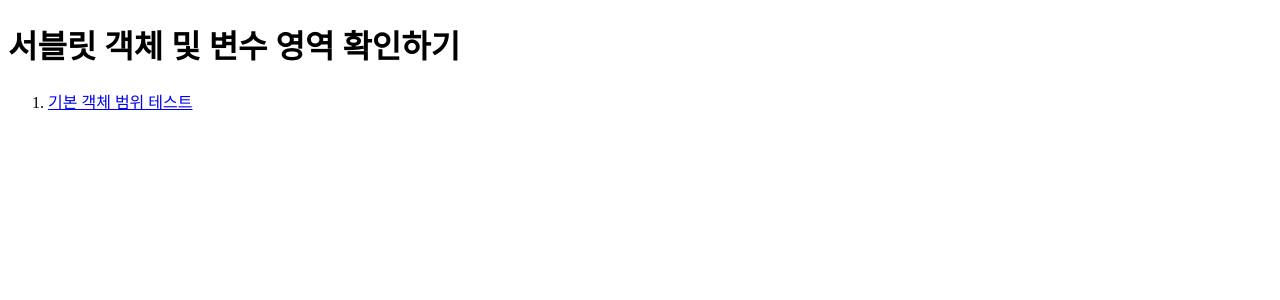
Repository: steeveelee2/WEB_Study
Page: webWorkspace/servlet3Project/web/index.html
An editor plug-in stored every save of this project. The page is shown before and after the next save, followed by the edit.
The browser window is 1280 px wide. The pictures show the whole page.

Above is the page before, as saved 2018-10-12 01:42:23.

### webWorkspace/servlet3Project/web/index.html
<!DOCTYPE html>
<html>
<head>
<meta charset="UTF-8">
<title>서블릿 객체 및 변수 영역 확인하기</title>
</head>
<body>
	<h1>서블릿 객체 및 변수 영역 확인하기</h1>

	<ol>
		<li>
			<a href="views/firstTest.html">기본 객체 범위 테스트</a>
		</li>
	</ol>
</body>
</html>

After the next save:
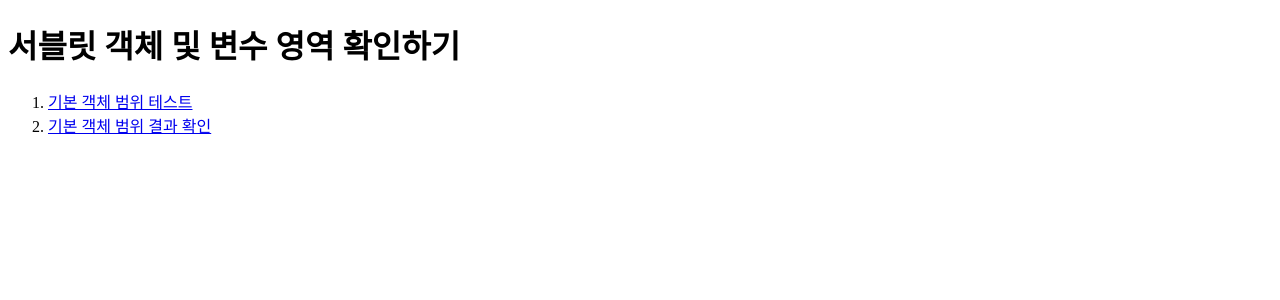
Saved 2 min 1 s later.
--- a/webWorkspace/servlet3Project/web/index.html
+++ b/webWorkspace/servlet3Project/web/index.html
@@ -11,6 +11,9 @@
 		<li>
 			<a href="views/firstTest.html">기본 객체 범위 테스트</a>
 		</li>
+		<li>
+			<a href="firstAck.srv">기본 객체 범위 결과 확인</a>
+		</li>
 	</ol>
 </body>
 </html>
